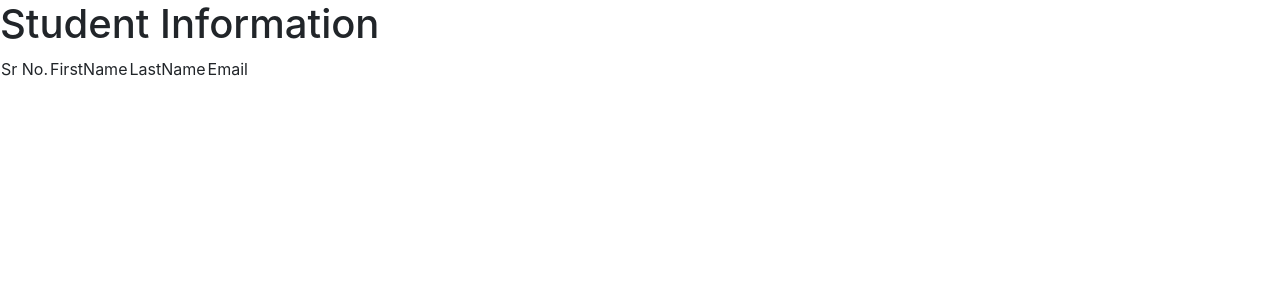
Repository: 2001Yogi/JavaWebAssignment
Page: http://localhost/DatabaseJSTLSQLTAG/
The author's editor kept a copy of each file at every save. The page is drawn from the files as they stood at one save, then again after the next save.
The browser window is 1280 px wide. The pictures show the whole page.
The page is served by Tomcat 9. Queries for data that is not in the repository find no rows.

Above is the page before, as saved 2024-09-18 08:03:18.

After the next save:
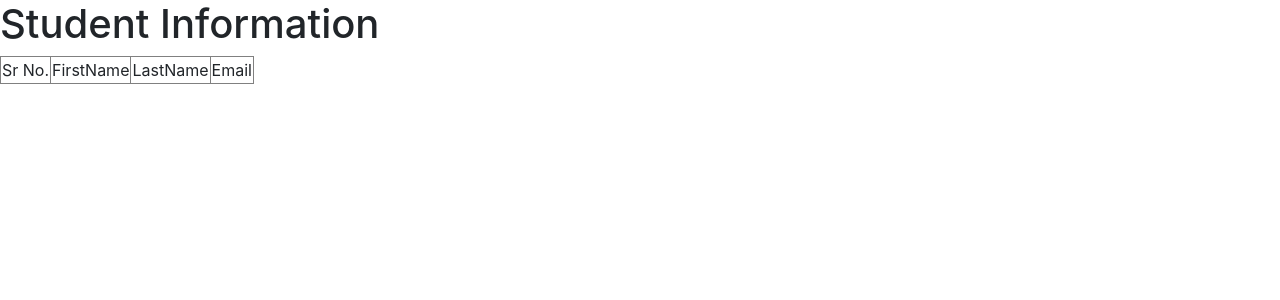
Saved 16 s later.
--- a/DatabaseJSTLSQLTAG/src/main/webapp/index.jsp
+++ b/DatabaseJSTLSQLTAG/src/main/webapp/index.jsp
@@ -19,7 +19,7 @@
 		url="jdbc:mysql://localhost:3306/user" user="root" password=""
 		var="ds"></sql:setDataSource>
 	<sql:query dataSource="${ds}" var="rs">select * from student</sql:query>
-	<table
+	<table border="1">
 		<tr>
 				<td>Sr No.</td>
 				<td>FirstName</td>
